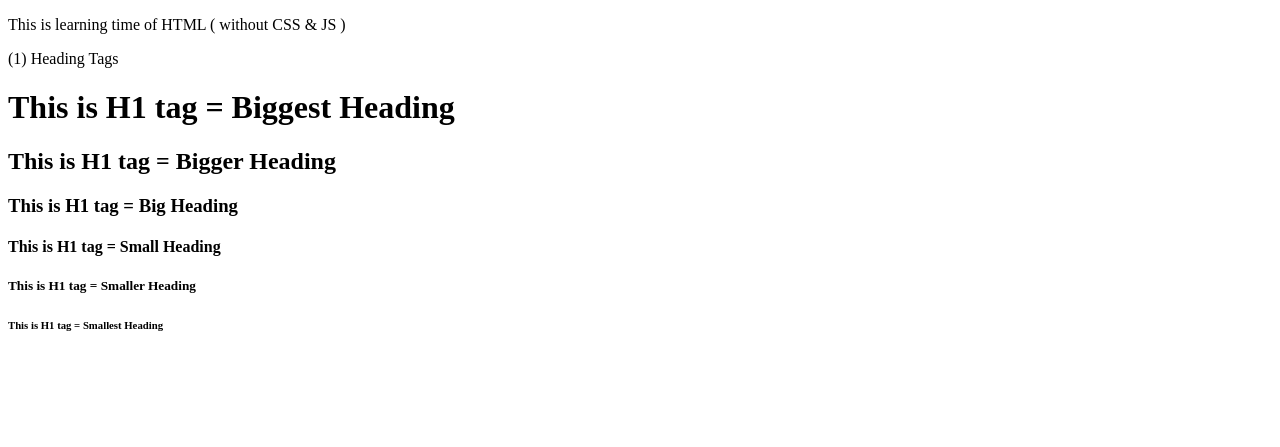
Repository: diptods/Frontend-in-60-DAYS
Page: Day01/learning/learn.html
These files come from the project's save history. The page is drawn as it stood at one moment and after the next save; the edit follows.
The browser window is 1280 px wide. The pictures show the whole page.

Above is the page before, as saved 2026-05-28 11:43:16.

After the next save:
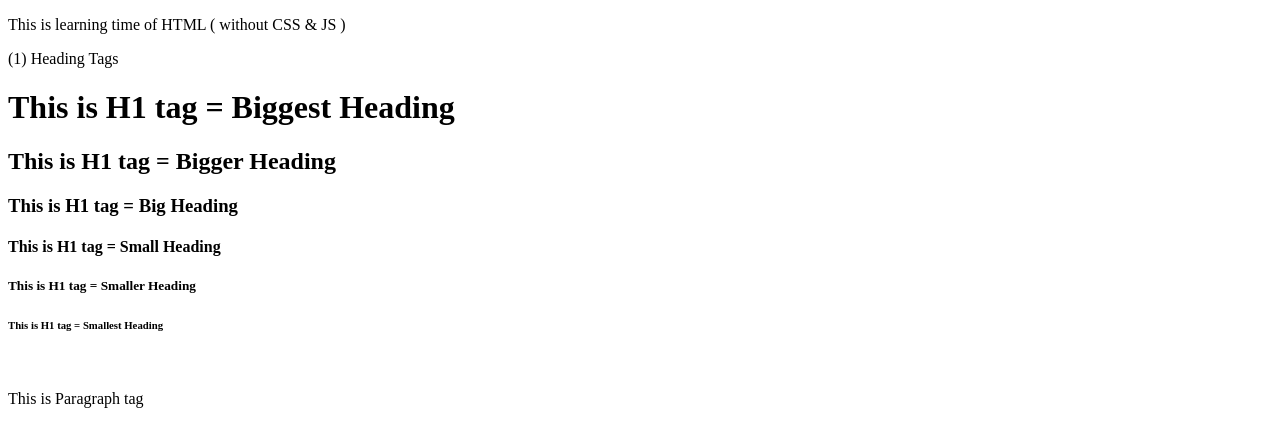
Saved 49 s later.
--- a/Day01/learning/learn.html
+++ b/Day01/learning/learn.html
@@ -14,7 +14,8 @@
     <h4>This is H1 tag = Small Heading</h4>
     <h5>This is H1 tag = Smaller Heading</h5>
     <h6>This is H1 tag = Smallest Heading</h6>
-
+    <br>
+    <p>This is Paragraph tag</p>
 
 </body>
 </html>
